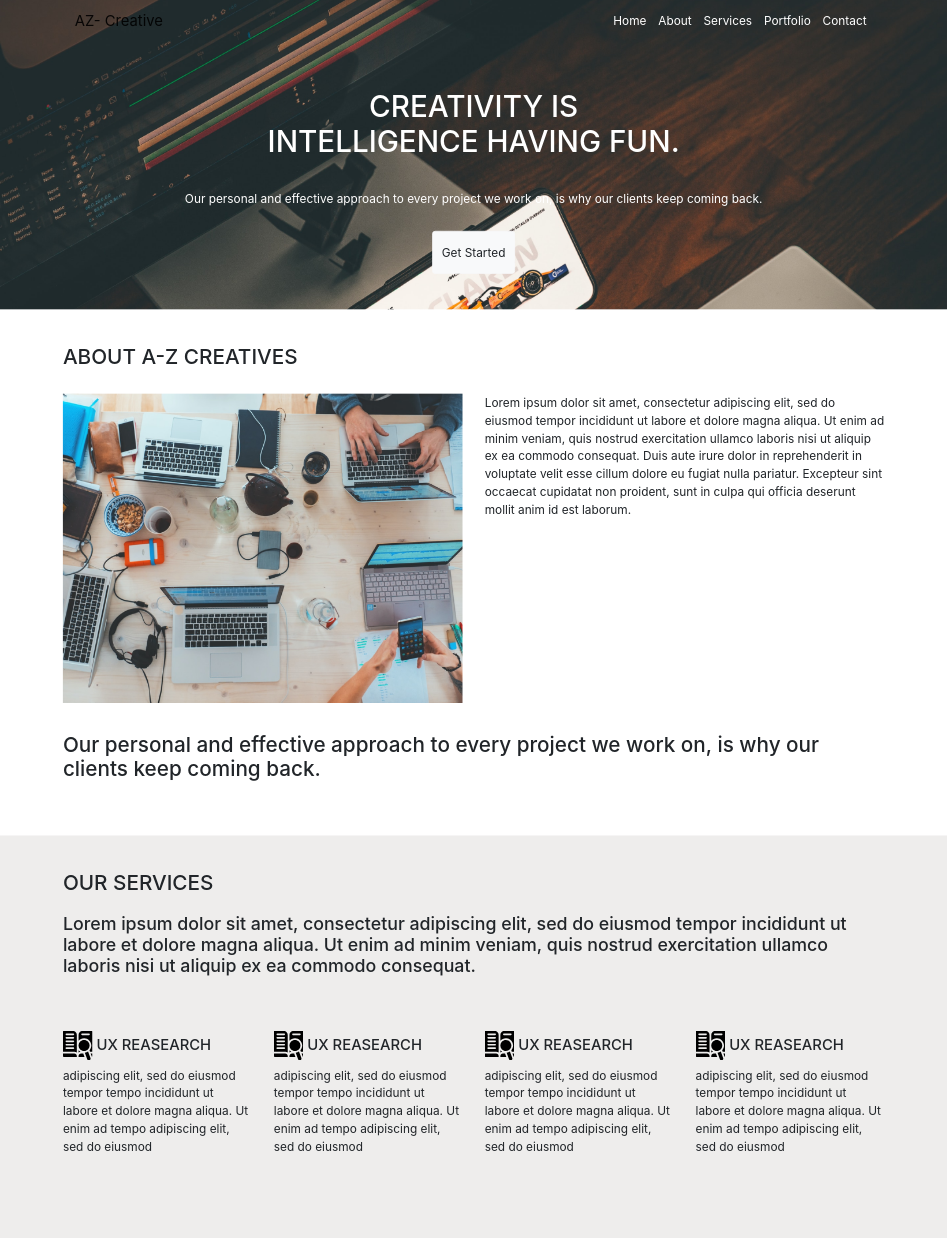
Repository: Syfon01/hng-port
Page: index.html
These files come from the project's save history. The page is drawn as it stood at one moment and after a run of saves; the edit follows.
The browser window is 1280 px wide. The pictures show the whole page, at 74% of full size.

Above is the page before, as saved 2020-06-27 20:55:33.

After the next 3 saves:
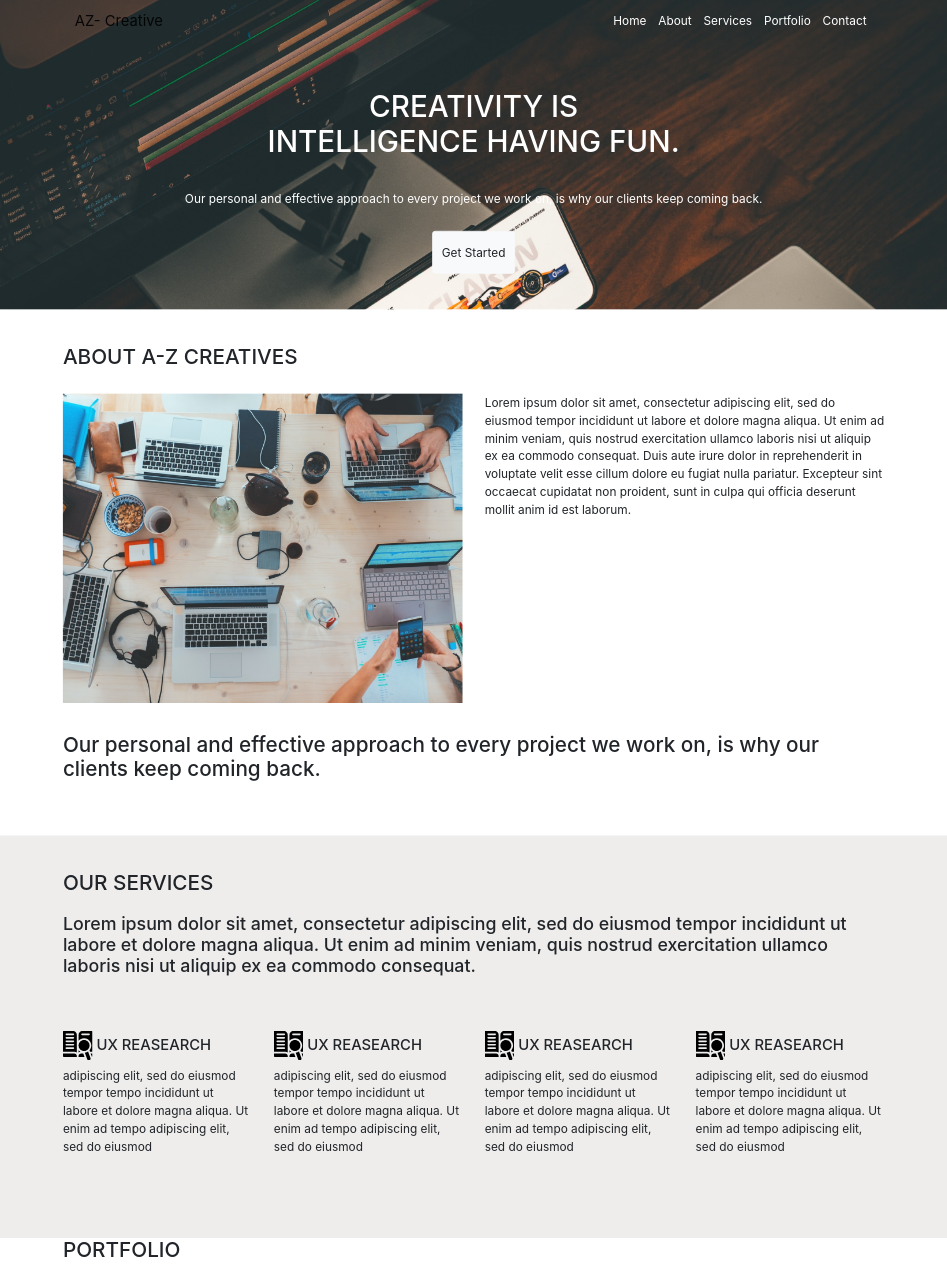
The 3 saves are shown as one change because they came seconds apart.
The last was saved 24 s later.
--- a/index.html
+++ b/index.html
@@ -124,7 +124,7 @@
     </section>
     <section id="portfolio">
         <div class="container">
-
+          <h3>PORTFOLIO</h3>
         </div>
     </section>
 
